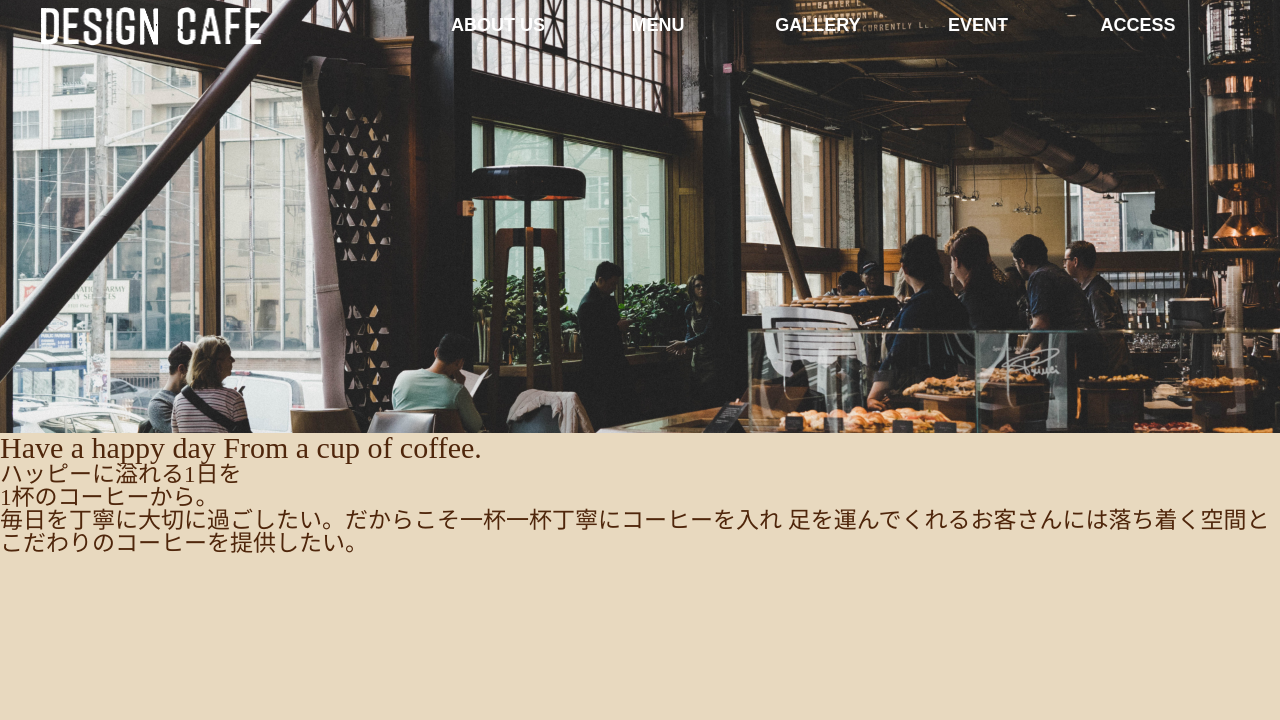
Repository: sonoyama01/dezasuta
Page: 第4回課題/index.html
These files come from the project's save history. The page is drawn as it stood at one moment and after the next save; the edit follows.
The browser window is 1280 px wide. The pictures show the whole page.

Above is the page before, as saved 2024-05-02 01:51:39.

After the next save:
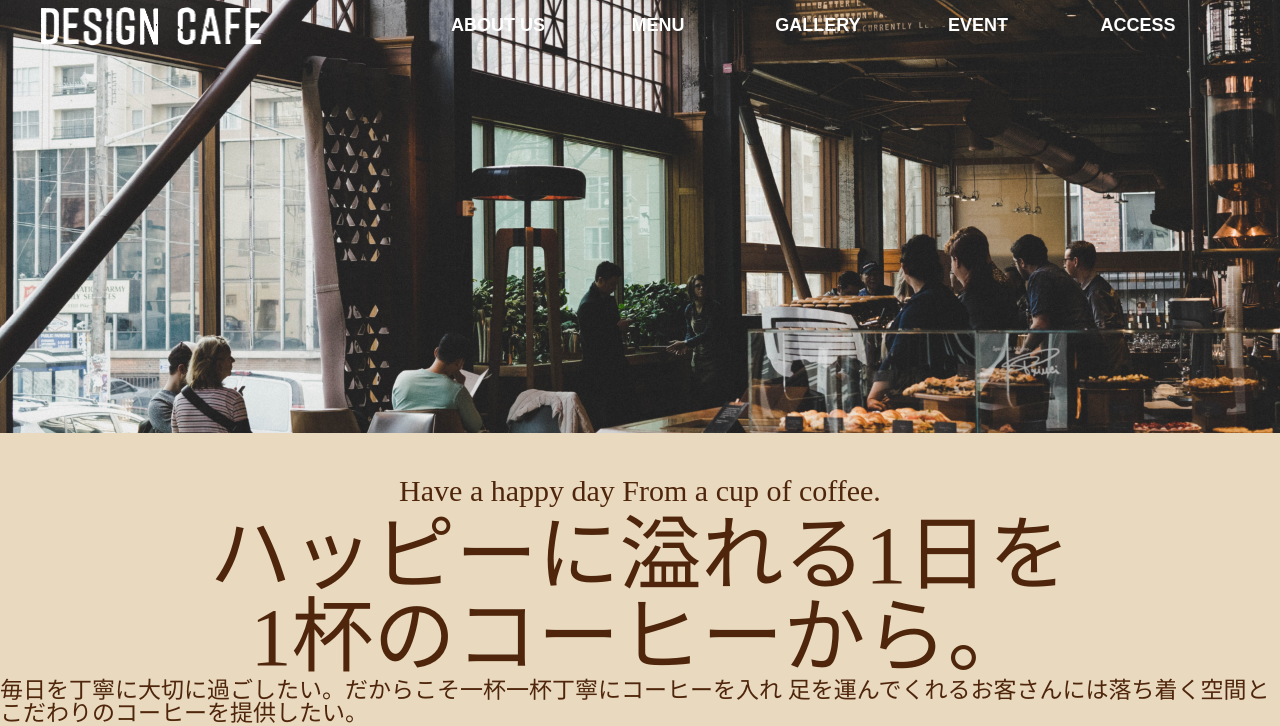
Saved 2 s later.
--- a/第4回課題/index.html
+++ b/第4回課題/index.html
@@ -31,7 +31,7 @@
         </div>
     </header>
     <div class="catch_copy">
-        <p class="catch_copy"><span class="en">Have a happy day From a cup of coffee.</span><br>
+        <p class="catch_copy_ja"><span class="en">Have a happy day From a cup of coffee.</span><br>
             ハッピーに溢れる1日を<br>
             1杯のコーヒーから。</p><!-- /.catch_copy -->
         <p>毎日を丁寧に大切に過ごしたい。だからこそ一杯一杯丁寧にコーヒーを入れ
